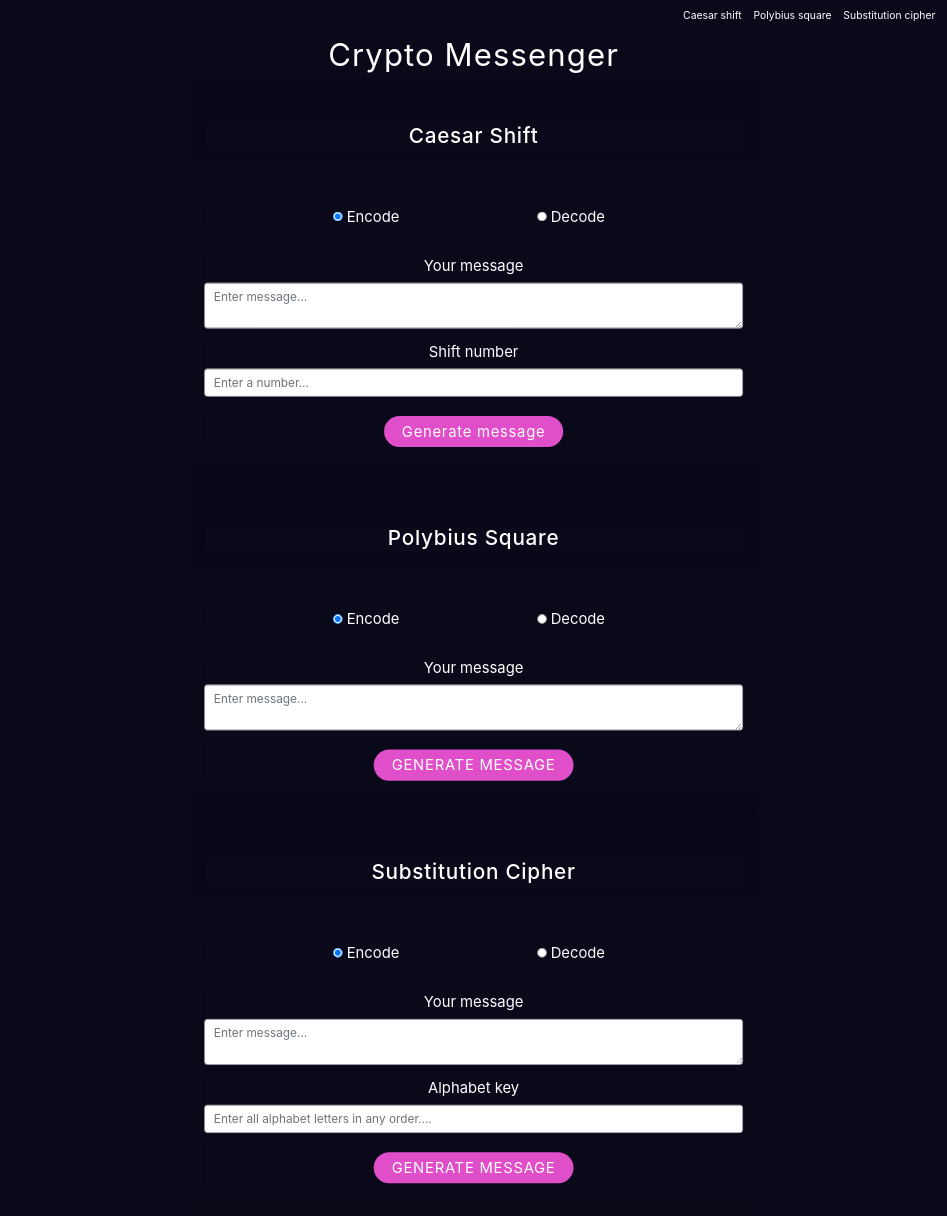
Repository: Rthompson2548/Project-Decoder-Ring
Page: index.html
An editor plug-in stored every save of this project. The page is shown before and after the next save, followed by the edit.
The browser window is 1280 px wide. The pictures show the whole page, at 74% of full size.

Above is the page before, as saved 2022-04-09 20:25:14.

### index.html
<!DOCTYPE html>
<html lang="en">

<head>
  <!-- Required meta tags -->
  <meta charset="utf-8" />
  <meta name="viewport" content="width=device-width, initial-scale=1, shrink-to-fit=no" />
  <link rel="icon" href="images/favicon.ico" />
  <link rel="stylesheet" type="text/css" href="index.css" />
  <link rel="stylesheet" href="https://stackpath.bootstrapcdn.com/bootstrap/4.5.2/css/bootstrap.min.css"
    integrity="sha384-JcKb8q3iqJ61gNV9KGb8thSsNjpSL0n8PARn9HuZOnIxN0hoP+VmmDGMN5t9UJ0Z" crossorigin="anonymous" />
<link rel="preconnect" href="https://fonts.googleapis.com">
<link rel="preconnect" href="https://fonts.gstatic.com" crossorigin>
<link href="https://fonts.googleapis.com/css2?family=Archivo&family=Montserrat&family=Work+Sans&display=swap"
  rel="stylesheet">
  <title>Crypto-Messenger</title>
</head>

<body>
  <header class="container-fluid border-0">
    <div class="nav-bar fixed-top">
      <div class="nav-bar">
        <a href="#caesar-shift"> <span class="nav-bar-item">
            Caesar shift
          </span> </a>
          <a href="#polybius-square"> <span class="nav-bar-item">
            Polybius square
          </span> </a>
          <a href="#substitution-cipher"> <span class="nav-bar-item">
            Substitution cipher
          </span> </a>
      </div>
    </div>
  </header>
  <main>
    <div class="header">
      <span class="page-title">
        Crypto Messenger
      </span>
      <!-- <p>Use ciphers to encode & decode messages</p> -->
      </div>

    <div class="page-content">
      <!-- Caesar Shift -->
      <section>
        <div class="language-card" id="caesar-shift">
          <div class="card-header">
            <h2 class="language-card-title">Caesar Shift</h2>
            </div>
            <div class="card-body">

            <form id="caesar">
<!-- encode/decode radio option buttons -->
              <div class="encode-decode-options">
                <!-- encode option radio button -->
                <div class="form-check form-check-inline">
                  <input class="form-check-input" type="radio" name="caesar-options" id="caesar-options-encode" value="encode" checked />

                  <label class="form-check-label" for="caesar-options-encode">
                    Encode
                  </label>

                </div>
<!-- decode option radio button -->
                <div class="form-check form-check-inline">
                  <input class="form-check-input" type="radio" name="caesar-options" id="caesar-options-decode" value="decode" />

                  <label class="form-check-label" for="caesar-options-decode">
                    Decode
                  </label>

                </div>
              </div>

              <div class="form-group">
                <label for="caesar-input">Your message</label>
                <textarea class="form-control" id="caesar-input" rows="2" placeholder="Enter message..."></textarea>
                </div>
                <div class="form-group">
                  <label for="caesar-shift">Shift number</label>
                  <input type="number" class="form-control" id="caesar-shift" placeholder="Enter a number..." />
                </div>
              <div class="submit-button-container">
                <button class="submit-button" type="submit">Generate message</button>
              </div>
            </form>
            </div>
          <div id="caesar-alert" class="alert alert-danger d-none" role="alert"> Something went wrong! Check your input
            and the shift amount and try again. </div>
          <div class="card-footer"><span class="font-weight-bold" id="caesar-output"></span> </div>
          </div>
          </section>
      <!-- Polybius -->
      <section>
        <div class="language-card" id="polybius-square">
          <div class="card-header">
            <h2 class="language-card-title">Polybius Square</h2>
            </div>
            <div class="card-body">
            <!-- <p class="language-card-description"> The Polybius Square is a cipher that is achieved by arranging a
              typical alphabet into a grid. Each letter is represented through a coordinate. For example, in the above
              table, the letter "B" would be represented by the numerical pair "21". </p> -->
            <form id="polybius">
              <div class="encode-decode-options">
                <div class="form-check form-check-inline">
                  <input class="form-check-input" type="radio" name="polybius-options" id="polybius-options-encode" value="encode"
                    checked />
                  <label class="form-check-label" for="polybius-options-encode">Encode</label>
                </div>
                <div class="form-check form-check-inline">
                  <input class="form-check-input" type="radio" name="polybius-options" id="polybius-options-decode" value="decode" />
                  <label class="form-check-label" for="polybius-options-decode">Decode</label>
                </div>
              </div>
              <div class="form-group">
                <label for="polybius-input">Your message</label>
                <textarea class="form-control" id="polybius-input" rows="2" placeholder="Enter message..."></textarea>
                </div>
              <div class="submit-button-container">
                <button class="submit-button" type="submit">GENERATE MESSAGE</button>
              </div>
            </form>
            </div>
          <div id="polybius-alert" class="alert alert-danger d-none" role="alert"> Something went wrong! Check your
            input and try again. </div>
          <div class="card-footer"><span class="font-weight-bold" id="polybius-output"></span> </div>
          </div>
          </section>
      <!-- Substitution -->
      <section id="substitution-cipher">
        <div class="language-card">
          <div class="card-header">
            <h2 class="language-card-title">Substitution Cipher</h2>
            </div>
            <div class="card-body">

            <form id="substitution">
              <div class="encode-decode-options">
                <div class="form-check form-check-inline">
                  <input class="form-check-input" type="radio" name="substitution-options" id="substitution-options-encode"
                    value="encode" checked />
                  <label class="form-check-label" for="substitution-options-encode">Encode</label>
                </div>
                <div class="form-check form-check-inline">
                  <input class="form-check-input" type="radio" name="substitution-options" id="substitution-options-decode"
                    value="decode" />
                  <label class="form-check-label" for="substitution-options-decode">Decode</label>
                </div>
              </div>
              <div class="form-group">
                <label for="substitution-input">Your message</label>
                <textarea class="form-control" id="substitution-input" rows="2" placeholder="Enter message..."></textarea>
                </div>
                <div class="form-group">
                  <label for="substitution-alphabet">Alphabet key</label>
                  <input type="text" class="form-control" id="substitution-alphabet" maxlength="26"
                    placeholder="Enter all alphabet letters in any order...." />
                </div>
              <div class="submit-button-container">
                <button class="submit-button" type="submit">GENERATE MESSAGE</button>
              </div>
            </form>
            </div>
          <div id="substitution-alert" class="alert alert-danger rounded-0 d-none" role="alert"> Something went wrong!
            Check your input and alphabet key. </div>
          <div class="card-footer border-0"><span class="font-weight-bold" id="substitution-output"></span> </div>
          </div>
          </section>
    </div>

  </main>
  <script src="./scripts/setup.js"></script>
  <script src="./src/caesar.js"></script>
  <script src="./src/polybius.js"></script>
  <script src="./src/substitution.js"></script>
  <script src="./scripts/caesar.js"></script>
  <script src="./scripts/polybius.js"></script>
  <script src="./scripts/substitution.js"></script>
</body>

</html>

### index.css
* {
  background-color: rgb(9 9 25);
  color: #fff;
  margin: 0;
  padding: 0;
}

html, body, #page {
    margin:0;
    padding:0;
    font-family: 'Montserrat', sans-serif;
}

input, textarea {
  font-size: 16px !important;
}

.page-content {
  align-items: center;
}

.page-title {
  color: #fff;
  font-size: 42px;
  font-weight: medium;
  display: flex;
  letter-spacing: 1.5px;
  justify-content: center;
  margin-top: 42px;
}

.nav-bar {
  display: flex;
  justify-content: center;
  padding: 4px 0;
}

.nav-bar-item {
  font-size: 14px;
  margin-right: 16px;
}

.header {
  display: flex;
  justify-content: center;
}

.encode-decode-options {
  display: flex;
  justify-content: space-evenly;
  margin: 36px 0;
  font-size: 15px;
}

section {
  text-align: center;
}

label {
  font-size: 20px;
}

.language-card {
  display: inline-block;
  width: 60%;
  color: #000;
  border: none;
  border-radius: 8px;
  margin: 0 10%;
}

.language-card-title {
  font-size: 28px !important;
  letter-spacing: 1px;
  font-weight: light !important;
  margin-top: 50px;
}

.language-card-description {
  line-height: 1.5rem;
  letter-spacing: 0.5px;
  margin-bottom: 18px;
}

.submit-button-container {
  display: flex;
  justify-content: center;
}

.submit-button {
  background-color: rgb(225 78 202);
  border: none;
  color: #fff;
  border-radius: 25px;
  padding: 6px 24px;
  margin-top: 10px;
  font-size: 20px;
  letter-spacing: 1px;
}

@media (min-width: 1000px) {

  .page-content {

  }

  .nav-bar {
    justify-content: end;
  }

  .language-card-title {
    font-size: 16px;
  }

  .language-card-description {
    font-size: 12px;
  }


}

### src/caesar.js
const caesarModule = (function() {
    function caesar(input, shift, encode = true) {
        if (!shift || shift === 0 || shift < -25 || shift > 25) return false;
        /* create a variable that takes the input value and converts it to lower case letters so that all characters have the correct ascii values */
        let word = input.toLowerCase().split("");

        /** will subtract the shift value from the word if "decode" to return the original letters of the word */
        if (!encode) shift = 0 - shift;
        // create a variable that maps each letter of the word
        const message = word.map((letter) => {
            let asciiValue = letter.charCodeAt(0) - 97;
            if (asciiValue < 0 || asciiValue > 26) return letter;

            /* add the ascii code value of the letter to the
            shift argument value to convert  it to the right
            character */
            asciiValue += shift;

            /* if the character's value is less than the 'a' value,
            add 26 to it so that it wraps around the alphabet. */
            if (asciiValue < 0) asciiValue += 26;
            asciiValue = asciiValue % 26;

            /* why do we add the ascii value to 97, which is 'a', if
            we already added it's ascii value to shift? Isn't that how
            we encode the message? */

            asciiValue += 97;

            /* user String.fromCharCode to connect the ascii
            code message back to letter values */
            return String.fromCharCode(asciiValue);
        });

        /* join each new character together to create a full word */
        return message.join("");
    }


    return {
        caesar,
    };
})();

module.exports = {
    caesar: caesarModule.caesar
};

### src/polybius.js
const polybiusModule = (function() {
    function polybius(input, encode = true) {
        /* create a variable that takes the input message, converts it all to lowercase, and use split to return an array of each letter separated by a single comma */
        const split = input.toLowerCase().split("");
        /* create an array of every letter(s) in the polybius square. This array will be separated into multiple inner arrays of letters within the array according to their row */
        const polybiusSquare = [
            ["a", "b", "c", "d", "e"],
            ["f", "g", "h", "(i/j)", "k"],
            ["l", "m", "n", "o", "p"],
            ["q", "r", "s", "t", "u"],
            ["v", "w", "x", "y", "z"],
        ];
        /* create an if statement for what to do if the inputted message should be encoded */
        if (encode) {
            /* create a variable that uses map method on the lowercase message */
            const codedMessage = split.map((letter) => {
                /* create a variable that takes each character from the inputted message array and converts it into it's unicode value. */
                const asciiLetterValue = letter.charCodeAt(0);
                /* use an if statement to return only characters between
                   lowercase 'a' and 'z' ascii values, as well as checking that
                   the character is not a space  */
                if ((asciiLetterValue < 97 || asciiLetterValue > 122) && asciiLetterValue != 32) return;
                /* run a for loop through the polybius square array */
                for (let i = 0; i < polybiusSquare.length; i++) {
                    /* run a for loop within that for loop through each inner array */
                    for (let j = 0; j < polybiusSquare[i].length; j++) {
                        if (polybiusSquare[i][j] === letter) return `${j + 1}${i + 1}`;
                        if (letter === "i" || letter === "j") return "42";
                        if (letter === " ") return " ";
                    }
                }
            });
            /* return the variable that split and lower case'd the original message argument */
            return codedMessage.join("");
        }

        /* decode */

        /* set a variable as an empty string to hold decoded message */
        let codedMessage = "";
        /* run a for loop through the message array, but increment i by 2, because each encoded character amounts to 2 number values */
        for (let i = 0; i < split.length; i += 2) {
            /* create an if statement that checks if the value in the message is a space */
            if (split[i] === " ") {
                /* if the value is true, then add a space string to the decoded message string */
                codedMessage += " ";
                /* switch incrementor to go back one "a" value in order to not include the next number in the string */
                i--;
                /* run a continue statement, which will terminate the i-1 incrementor and return back to a+=2 for the next numbers in the string*/
                continue;
            }
            if (!split[i + 1]) return false; // invalid number of characters
            codedMessage += polybiusSquare[split[i + 1] - 1][split[i] - 1];
        }
        // return the coded message

        return codedMessage;
    }

    return {
        polybius,
    };
})();

module.exports = {
    polybius: polybiusModule.polybius
};

### src/substitution.js
const substitutionModule = (function () {
/* helper function for message and both alphabet strings */
    function mapInput(message, alphabetA, alphabetB) {

        /* use the map method on the input message */
        return message.map((letter) => {
            const index = alphabetA.indexOf(letter);
            /* if statement that returns any characters that
             were not found in the string */
            if (index === -1) return letter;
            return alphabetB[index];
        });
    }

  function substitution(input, alphabet, encode = true) {
        if (!alphabet || alphabet.length != 26) return false;

        /* variable that takes the correct alphabet
        string and returns an array of the letters, separated by a comma */
        const abc = "abcdefghijklmnopqrstuvwxyz".split("");

        /* variable that takes the alphabet argument and
        returns it in lower case, separated by commas */
        const splitAlphabet = alphabet.toLowerCase().split("");

        /* variable that takes the message argument,
        and returns it converted to lower case and separated
        by commas */
        const message = input.toLowerCase().split("");

        /* use a nested for loop to compare the characters
          in the alphabet argument to check for uniqueness */
        for (let i = 0; i < splitAlphabet.length; i++) {
            for (let j = i + 1; j < splitAlphabet.length; j++) {
                if (splitAlphabet[i] === splitAlphabet[j]) return false;
            }
        }

        if (encode) return mapInput(message, abc, splitAlphabet).join("");
        return mapInput(message, splitAlphabet, abc).join("");
}

  return {
    substitution,
  };
})();

module.exports = { substitution: substitutionModule.substitution };

### scripts/caesar.js
function caesarRenderer() {

  const form = document.querySelector("#caesar");

  form.addEventListener("submit", (event) => {
    event.preventDefault();

    /** grabs input value via the textarea's id */
    const input = event.target["caesar-input"].value;

    /** direction will be either "encode" or "decode" */
    const direction = event.target["caesar-options"].value;

    /** grabs the value of the shift number input (aka the number to shift the message by) */
    const shift = event.target["caesar-shift"].value;

    /** sets the value of the shift in integer form */
    const result =
      direction === "encode"
        ? caesarModule.caesar(input, Number(shift))
        : caesarModule.caesar(input, Number(shift), false);

    const alert = document.querySelector("#caesar-alert");

    if (result) {
      alert.classList.add("d-none");
      const output = document.querySelector("#caesar-output");
      output.innerHTML = result;
    } else {
      alert.classList.remove("d-none");
    }
  });
}

document.addEventListener("DOMContentLoaded", caesarRenderer);

### scripts/polybius.js
function polybiusRenderer() {
  const form = document.querySelector("#polybius");
  form.addEventListener("submit", (event) => {
    event.preventDefault();

    const input = event.target["polybius-input"].value;
    const direction = event.target["polybius-options"].value;
    const result =
      direction === "encode"
        ? polybiusModule.polybius(input)
        : polybiusModule.polybius(input, false);

    const alert = document.querySelector("#polybius-alert");
    if (result) {
      alert.classList.add("d-none");
      const output = document.querySelector("#polybius-output");
      output.innerHTML = result;
    } else {
      alert.classList.remove("d-none");
    }
  });
}

document.addEventListener("DOMContentLoaded", polybiusRenderer);

### scripts/substitution.js
function substitutionRenderer() {
  const form = document.querySelector("#substitution");
  form.addEventListener("submit", (event) => {
    event.preventDefault();

    const input = event.target["substitution-input"].value;
    const direction = event.target["substitution-options"].value;
    const alphabet = event.target["substitution-alphabet"].value;
    const result =
      direction === "encode"
        ? substitutionModule.substitution(input, alphabet)
        : substitutionModule.substitution(input, alphabet, false);

    const alert = document.querySelector("#substitution-alert");
    if (result) {
      alert.classList.add("d-none");
      const output = document.querySelector("#substitution-output");
      output.innerHTML = result;
    } else {
      alert.classList.remove("d-none");
    }
  });
}

document.addEventListener("DOMContentLoaded", substitutionRenderer);

Loaded but not shown: scripts/setup.js (common file)

After the next save:
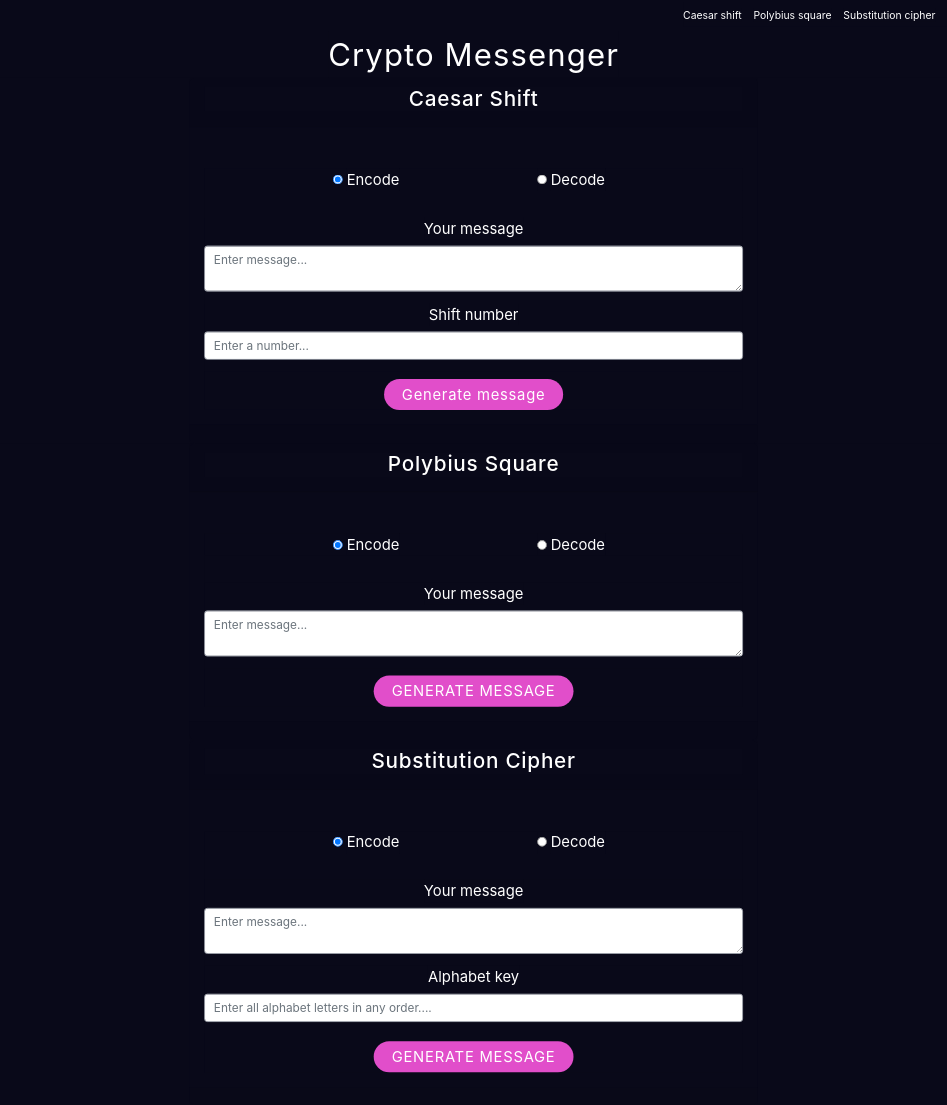
Saved 12 s later.
--- a/index.css
+++ b/index.css
@@ -73,7 +73,7 @@ label {
   font-size: 28px !important;
   letter-spacing: 1px;
   font-weight: light !important;
-  margin-top: 50px;
+  /* margin-top: 50px; */
 }
 
 .language-card-description {
